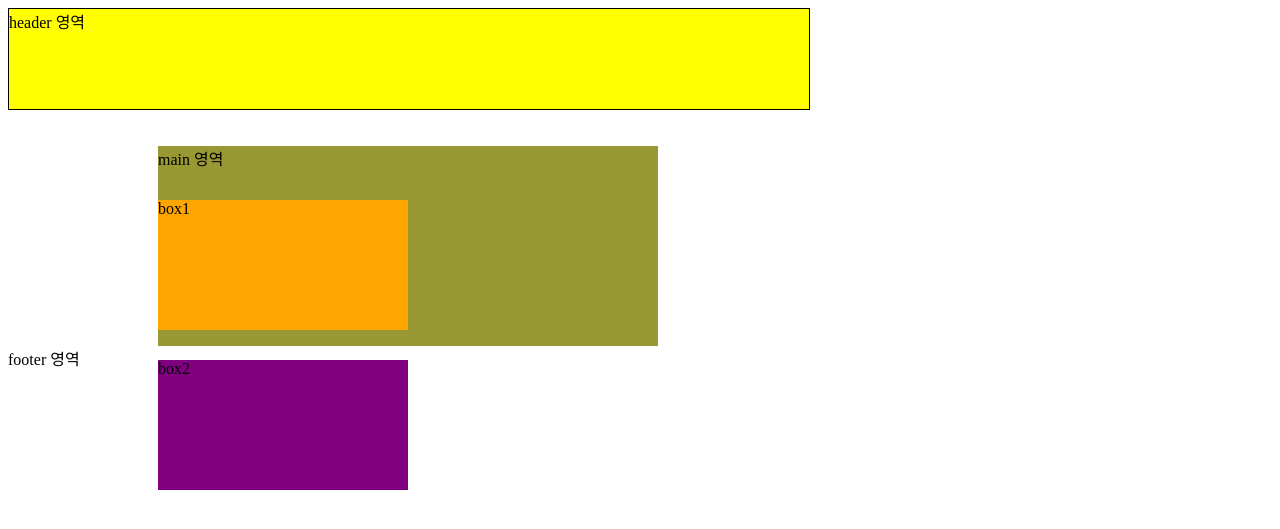
Repository: Seokho96/CSSPractice
Page: css/work01/WebContent/index02.html
An editor plug-in stored every save of this project. The page is shown before and after the next save, followed by the edit.
The browser window is 1280 px wide. The pictures show the whole page.

Above is the page before, as saved 2020-07-13 06:25:16.

After the next save:
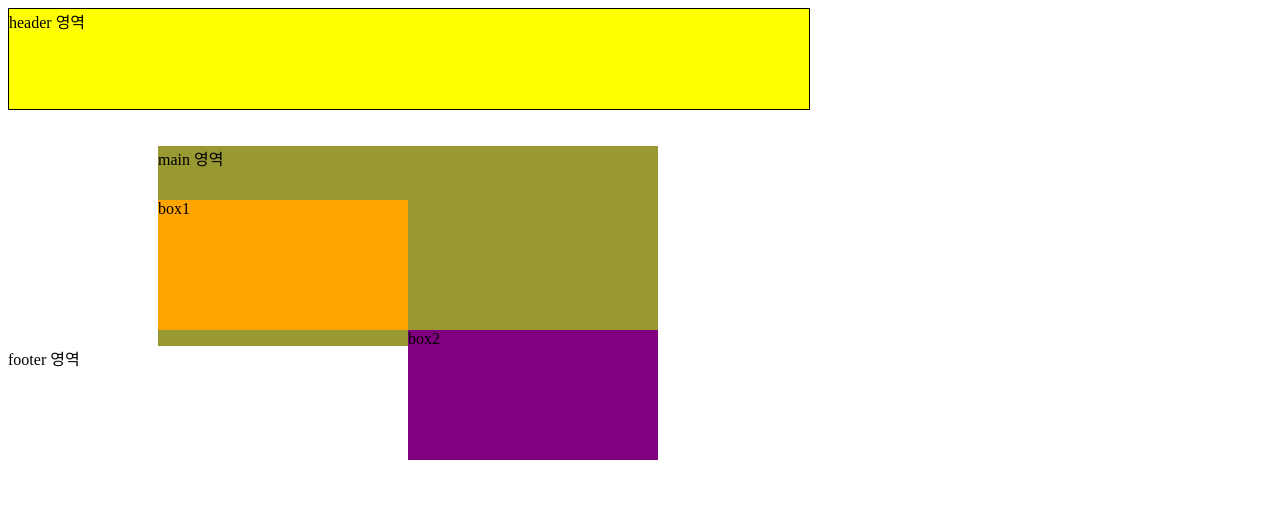
Saved 42 s later.
--- a/css/work01/WebContent/index02.html
+++ b/css/work01/WebContent/index02.html
@@ -27,7 +27,7 @@
    width: 250px;
    height:130px;
    background-color: purple;
-   margin-top: 30px;
+   float: right;
 
 }
 </style>
